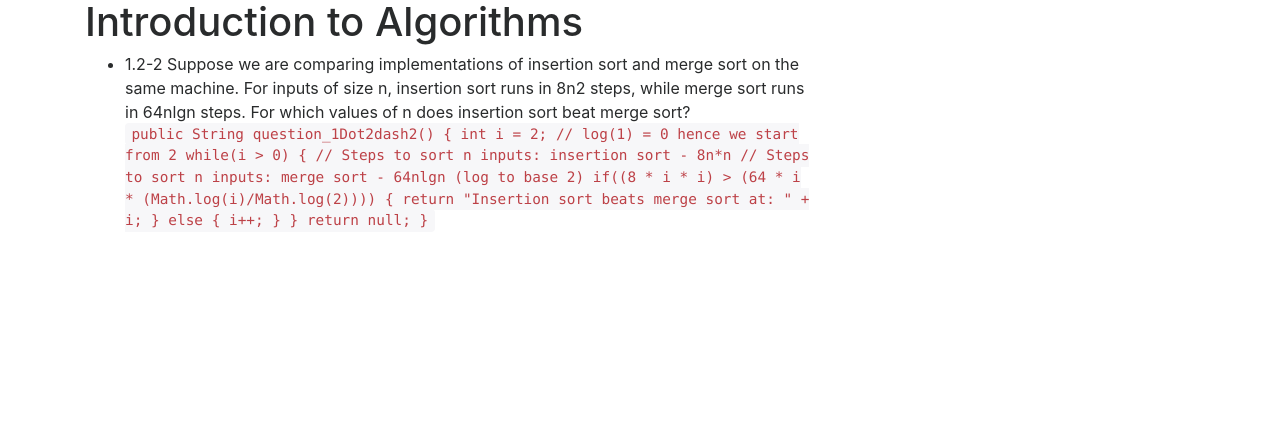
Repository: baltejas/algorithms
Page: algorithms/src/main/webapp/WEB-INF/views/index.html
An editor plug-in stored every save of this project. The page is shown before and after the next save, followed by the edit.
The browser window is 1280 px wide. The pictures show the whole page.

Above is the page before, as saved 2017-05-06 18:15:10.

### algorithms/src/main/webapp/WEB-INF/views/index.html
<html>
	<head>
		<link rel="stylesheet" href="resources/css/bootstrap.css">
	</head>
	<body>
		<div class="container">
		<h1>Introduction to Algorithms</h1>
			<div class="row">
				<div class="col-md-8">
					<ul>
						<li>1.2-2 Suppose we are comparing implementations of insertion sort and merge sort on the same machine. For inputs of size n, insertion sort runs in 8n2 steps, while merge sort runs in 64nlgn steps. For which values of n does insertion sort beat merge sort?</li>
						<code>
							public String question_1Dot2dash2() {
								int i = 2; // log(1) = 0 hence we start from 2
								while(i > 0) {
									// Steps to sort n inputs: insertion sort - 8n*n
									// Steps to sort n inputs: merge sort - 64nlgn (log to base 2)
									if((8 * i * i) > (64 * i * (Math.log(i)/Math.log(2)))) {
										return "Insertion sort beats merge sort at: " + i;
									} else {
										i++;
									}
								}
								return null;
							}
						</code>
					</ul>
				</div>
			</div>
		</div>
	</body>
</html>

Loaded but not shown: algorithms/src/main/webapp/resources/css/bootstrap.css (library)

After the next save:
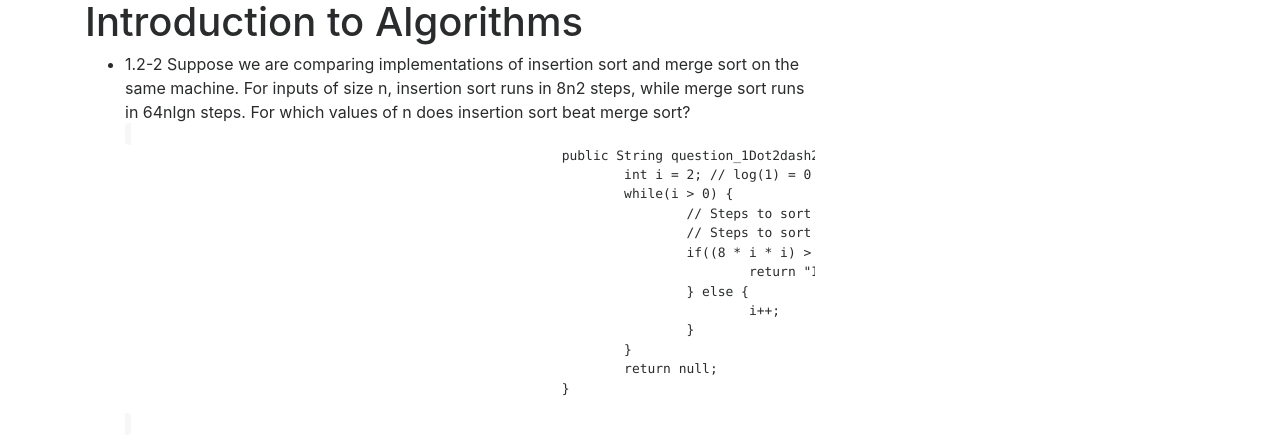
Saved 54 s later.
--- a/algorithms/src/main/webapp/WEB-INF/views/index.html
+++ b/algorithms/src/main/webapp/WEB-INF/views/index.html
@@ -9,7 +9,7 @@
 				<div class="col-md-8">
 					<ul>
 						<li>1.2-2 Suppose we are comparing implementations of insertion sort and merge sort on the same machine. For inputs of size n, insertion sort runs in 8n2 steps, while merge sort runs in 64nlgn steps. For which values of n does insertion sort beat merge sort?</li>
-						<code>
+						<code><pre>
 							public String question_1Dot2dash2() {
 								int i = 2; // log(1) = 0 hence we start from 2
 								while(i > 0) {
@@ -22,7 +22,7 @@
 									}
 								}
 								return null;
-							}
+							}</pre>
 						</code>
 					</ul>
 				</div>
